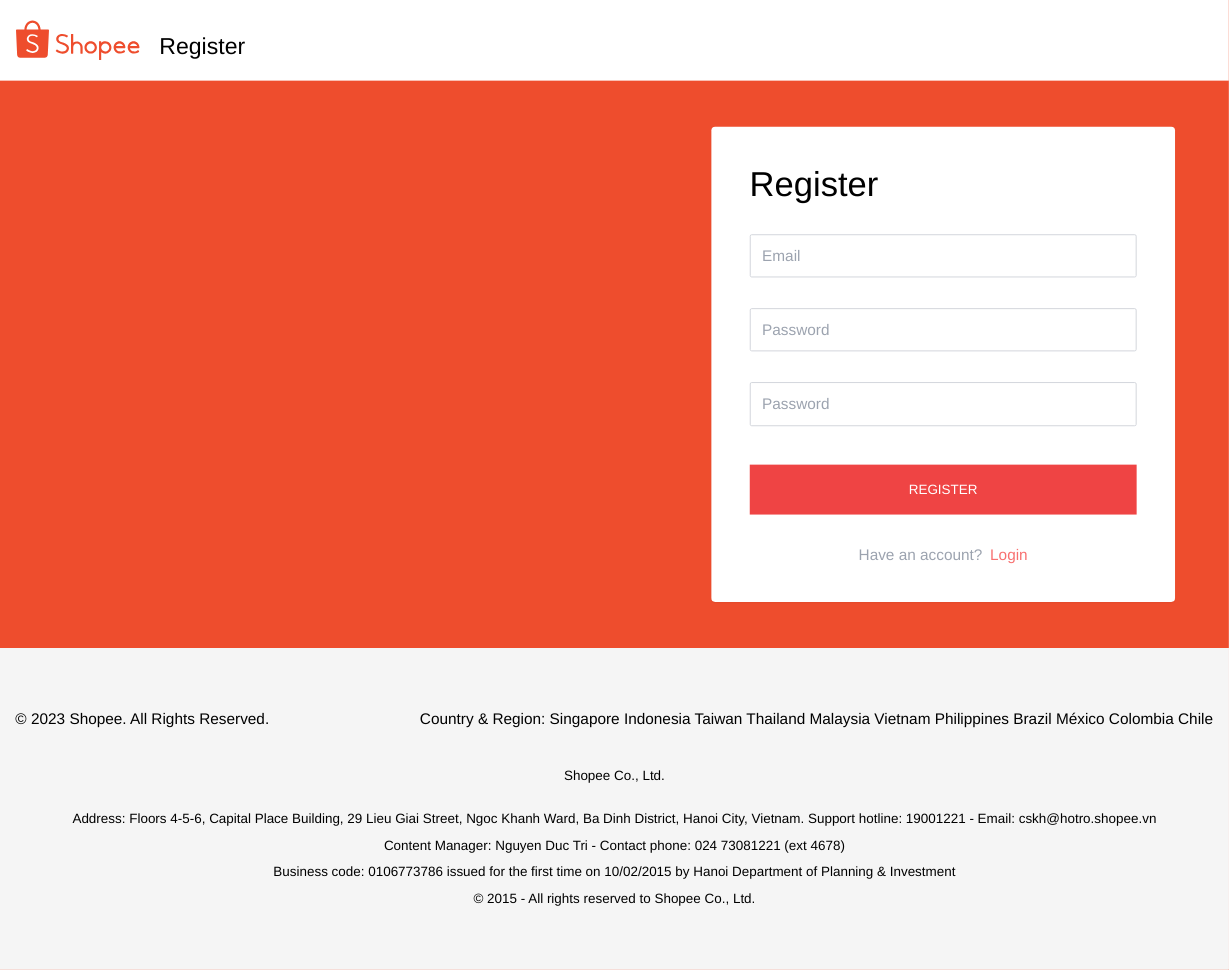
Repository: krisnguyenn2020/ShopeeClone
Page: /register
These files come from the project's save history. The page is drawn as it stood at one moment and after the next save; the edit follows.
The browser window is 1280 px wide. The pictures show the whole page, at 96% of full size.
The project was rebuilt for these pictures with package versions that can differ from the ones it lists, and the page was loaded fresh each time. Some packages were replaced by stand-ins written for this rebuild. Also part of the build but not shown: vite.config.ts, src/pages/Login/Login.tsx, src/pages/Profile/Profile.tsx. Imported but missing from the stored project, and not drawn on this page: src/layouts/MainLayout.

Above is the page before, as saved 2023-07-11 02:09:52.

After the next save:
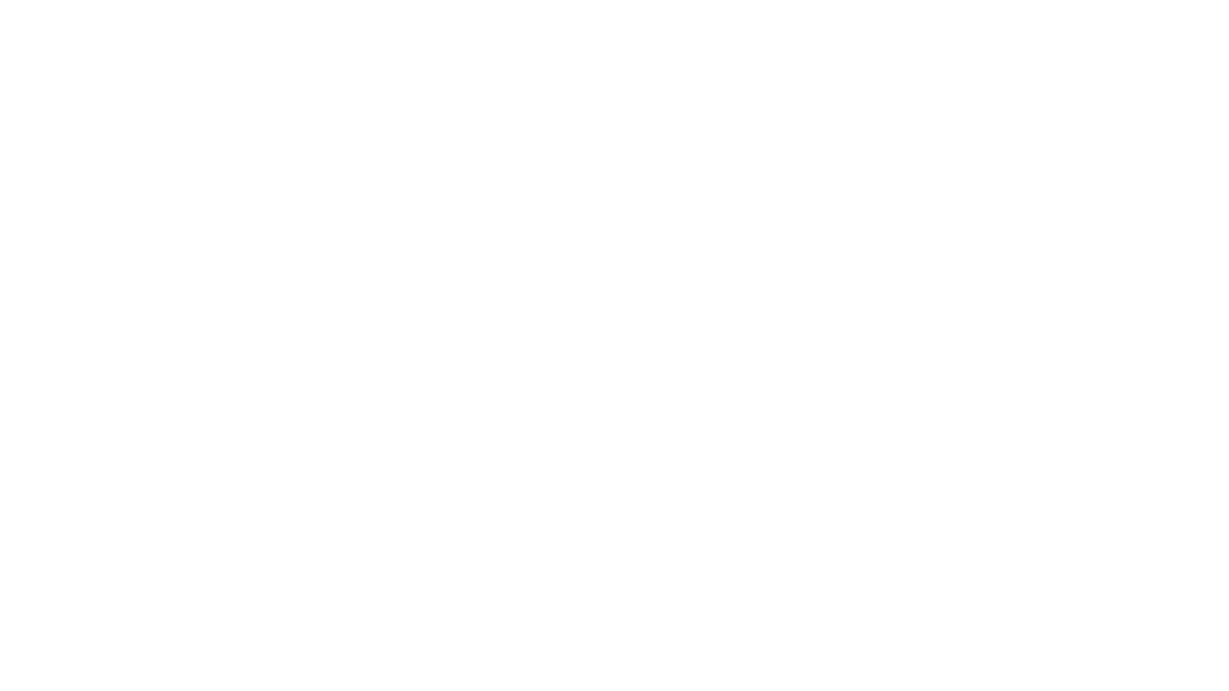
Console error: ReferenceError: getAccessTokenFromLS is not defined
Saved 56 s later.
--- a/src/utils/http.ts
+++ b/src/utils/http.ts
@@ -4,11 +4,13 @@
 import { AuthResponse } from 'src/types/auth.type';
 import { clearAccessTokenFromLS, saveAccessTokenToLS } from './auth';
 import { clear } from 'console';
+import { get } from 'lodash';
 
 class Http {
   instance: AxiosInstance;
   private accessToken: string
   constructor() {
+    this.accessToken = getAccessTokenFromLS()
     this.instance = axios.create({
       baseURL: 'https://api-ecom.duthanhduoc.com/',
       timeout: 10000,

After the save that followed:
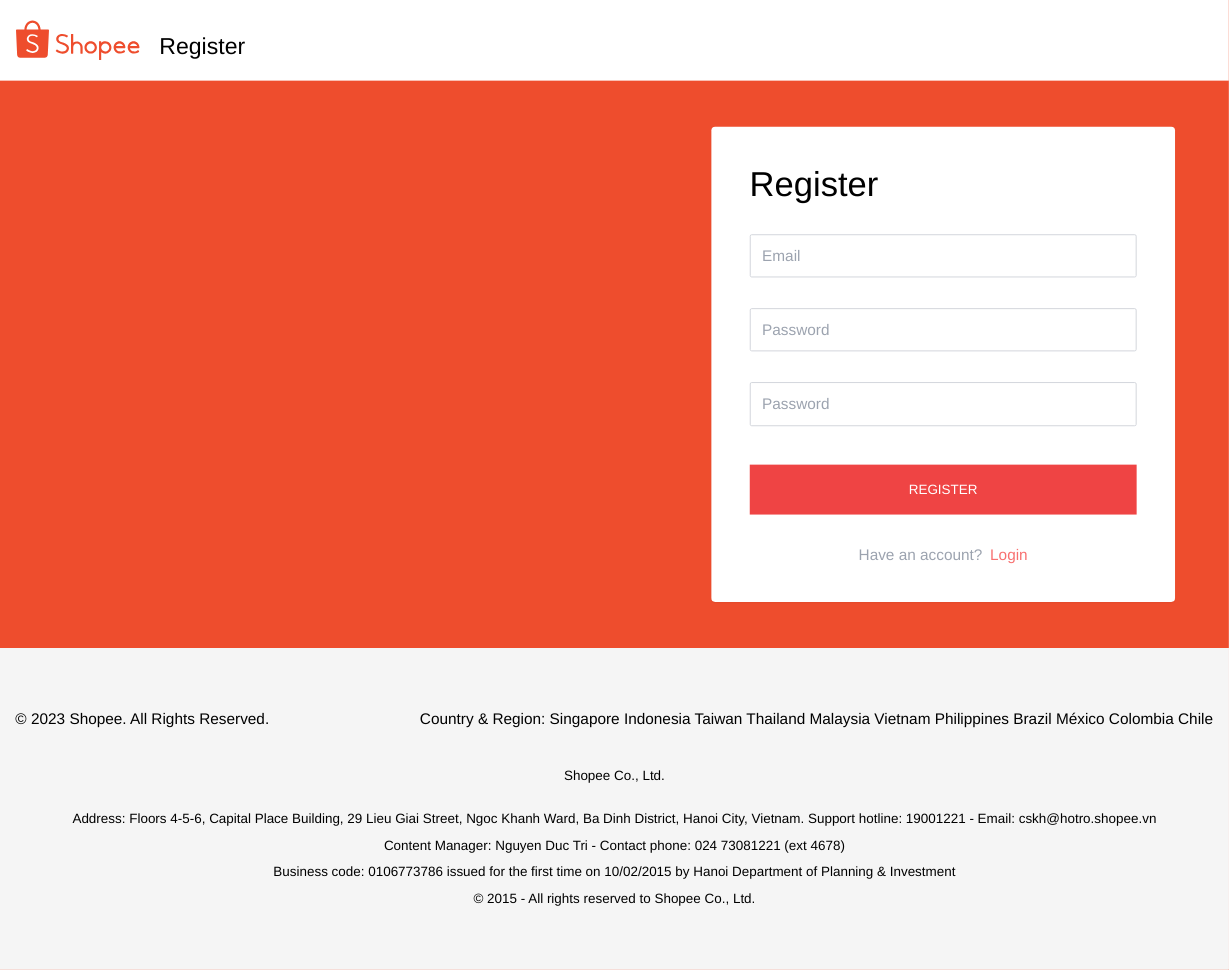
The error is gone.
Saved 4 s later.
--- a/src/utils/http.ts
+++ b/src/utils/http.ts
@@ -2,7 +2,7 @@
 import { toast } from 'react-toastify';
 import HttpStatusCode from 'src/constants/httpStatusCode.enum';
 import { AuthResponse } from 'src/types/auth.type';
-import { clearAccessTokenFromLS, saveAccessTokenToLS } from './auth';
+import { clearAccessTokenFromLS, getAccessTokenFromLS, saveAccessTokenToLS } from './auth';
 import { clear } from 'console';
 import { get } from 'lodash';
 
